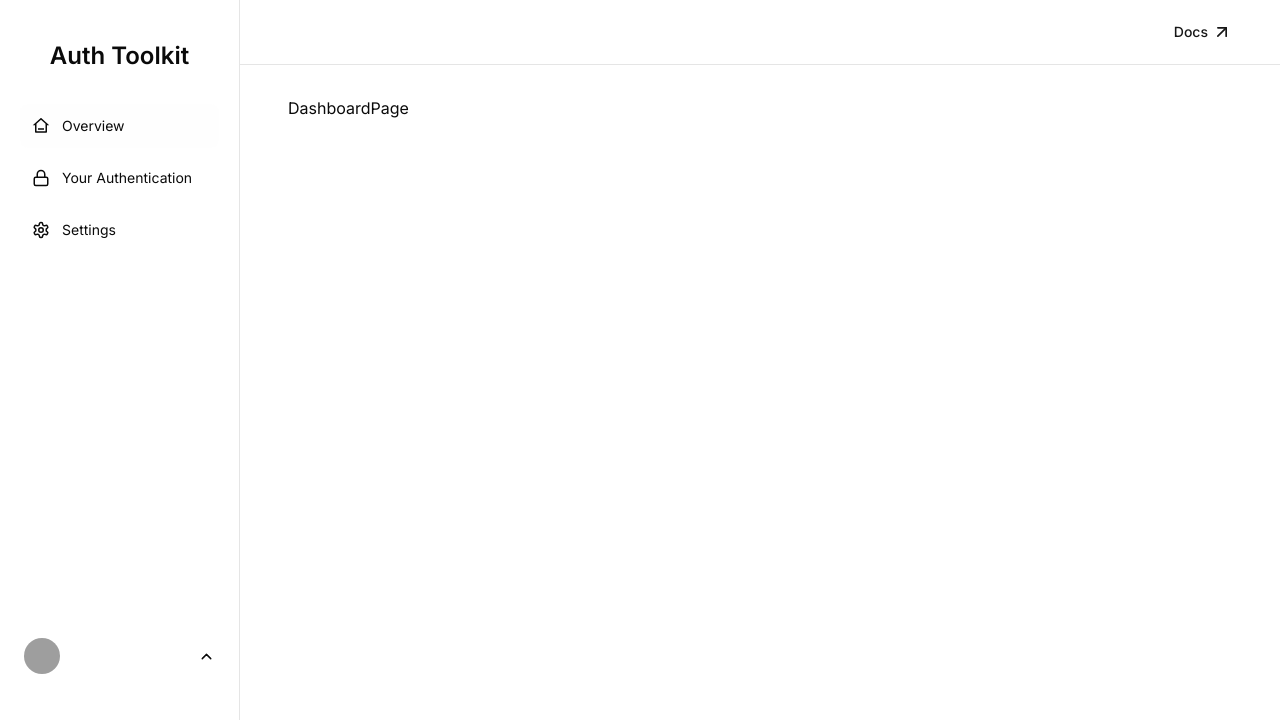
Repository: nickgoel31/authentication-toolkit
Page: /dashboard
An editor plug-in stored every save of this project. The page is shown before and after the next save, followed by the edit.
The browser window is 1280 px wide. The pictures show the whole page.
Pictures or frames that could not be fetched are drawn as grey boxes. The page's requests for data from a server got no answer. The project was rebuilt for these pictures with package versions that can differ from the ones it lists, and the page was loaded fresh each time. The framework's server and built-in components were replaced by stand-ins that run in the browser. No one was signed in, and anything a server would have sent is missing. Also part of the build but not shown: next.config.mjs.

Above is the page before, as saved 2024-02-05 20:31:58.

### app/layout.tsx
import type { Metadata } from "next";
import { Inter } from "next/font/google";
import "./globals.css";
import { ThemeProvider } from "@/providers/theme-provider";
import { ModeToggle } from "@/components/mode-toggle";

const inter = Inter({ subsets: ["latin"] });

export const metadata: Metadata = {
  title: "Authentication App",
  description: "Generated by create next app",
};

export default function RootLayout({
  children,
}: Readonly<{
  children: React.ReactNode;
}>) {
  return (
    <html lang="en">
      <body className={inter.className}>
      <ThemeProvider
        attribute="class"
        defaultTheme="system"
        enableSystem
        disableTransitionOnChange
        >
        <div className="relative h-full">
          {children}

        </div>

      </ThemeProvider>
      </body>
    </html>
  );
}

### app/(protected)/dashboard/layout.tsx
import React from 'react'
import Sidebar from '../_components/sidebar'
import Navbar from '../_components/navbar'
import {SessionProvider} from 'next-auth/react'
import { auth } from '@/auth'

const DashboardLayout = async ({children} : {children:React.ReactNode}) => {
  const session = await auth();

  return (
    <SessionProvider session={session}>
      <div className='mx-auto flex flex-col relative pl-72 pt-24'>
          <Sidebar />
          <Navbar />
          {children}
      </div>
    </SessionProvider>
  )
}

export default DashboardLayout

### app/(protected)/dashboard/page.tsx
import { auth, signOut } from '@/auth'
import { Button } from '@/components/ui/button'
import React from 'react'

const DashboardPage = async () => {

  const session = await auth()

  return (
    <div className='h-full'>
      DashboardPage
    </div>
  )
}

export default DashboardPage

### app/globals.css
@tailwind base;
@tailwind components;
@tailwind utilities;

html,body{
  height: 100%;
}

@layer base {
  :root {
    --background: 0 0% 100%;
    --foreground: 0 0% 3.9%;

    --card: 0 0% 100%;
    --card-foreground: 0 0% 3.9%;

    --popover: 0 0% 100%;
    --popover-foreground: 0 0% 3.9%;

    --primary: 0 0% 9%;
    --primary-foreground: 0 0% 98%;

    --secondary: 0 0% 96.1%;
    --secondary-foreground: 0 0% 9%;

    --muted: 0 0% 96.1%;
    --muted-foreground: 0 0% 45.1%;

    --accent: 0 0% 96.1%;
    --accent-foreground: 0 0% 9%;

    --destructive: 0 84.2% 60.2%;
    --destructive-foreground: 0 0% 98%;

    --border: 0 0% 89.8%;
    --input: 0 0% 89.8%;
    --ring: 0 0% 3.9%;

    --radius: 0.5rem;
  }

  .dark {
    --background: 0 0% 3.9%;
    --foreground: 0 0% 98%;

    --card: 0 0% 3.9%;
    --card-foreground: 0 0% 98%;

    --popover: 0 0% 3.9%;
    --popover-foreground: 0 0% 98%;

    --primary: 0 0% 98%;
    --primary-foreground: 0 0% 9%;

    --secondary: 0 0% 14.9%;
    --secondary-foreground: 0 0% 98%;

    --muted: 0 0% 14.9%;
    --muted-foreground: 0 0% 63.9%;

    --accent: 0 0% 14.9%;
    --accent-foreground: 0 0% 98%;

    --destructive: 0 62.8% 30.6%;
    --destructive-foreground: 0 0% 98%;

    --border: 0 0% 14.9%;
    --input: 0 0% 14.9%;
    --ring: 0 0% 83.1%;
  }
}

@layer base {
  * {
    @apply border-border;
  }
  body {
    @apply bg-background text-foreground;
  }
}

### app/(protected)/_components/sidebar.tsx
"use client"

import { Button } from '@/components/ui/button';
import { cn } from '@/lib/utils';
import { Home, HomeIcon, Lock, LucideHome, Settings } from 'lucide-react'
import { signOut, useSession } from 'next-auth/react';
import Link from 'next/link'
import { usePathname } from 'next/navigation';
import React from 'react'
import { RiHome3Line } from "react-icons/ri";
import UserButton from './user-button';

const sidebarLinks = [
    {
        icon: <RiHome3Line size={18}/>,
        name: "Overview",
        path: "/dashboard"
    },
    {
        icon: <Lock size={18}/>,
        name: "Your Authentication",
        path: "/dashboard/auth-app"
    },
    {
        icon: <Settings size={18}/>,
        name: "Settings",
        path: "/dashboard/settings"
    },
]


const Sidebar = () => {

    const path = usePathname()



  return (
    <div className='border-r bg-background z-[12] w-60 h-full fixed top-0 left-0 py-10 flex flex-col space-y-8 justify-between px-5'>
        <div className='flex flex-col space-y-8'>
            <h1 className='font-semibold text-2xl text-center'>Auth Toolkit</h1>

            <div className='flex flex-col gap-2'>
                {sidebarLinks.map((link) => (
                    <Link key={link.path} href={link.path} className={cn('flex gap-3 text-sm items-center hover:bg-neutral-100/10 p-3 rounded-lg', path === link.path ? "bg-neutral-100/10" : "")}>
                        {link.icon}
                        {link.name}
                    </Link>
                ))}
            </div>
        </div>

        <div className=''>
            <UserButton />
        </div>
    </div>
  )
}

export default Sidebar

### app/(protected)/_components/navbar.tsx
import { Button } from '@/components/ui/button'
import { ArrowUpRightIcon } from 'lucide-react'
import Link from 'next/link'
import React from 'react'

const Navbar = () => {
  return (
    <div className='border-b w-full fixed top-0 left-0 pl-60 z-[10] bg-background py-3 px-8 items-center flex justify-end'>
        <Button variant={"link"} className='group transition'>
            <Link href={"/docs"} className='flex gap-1 items-center font-medium'>
                Docs <ArrowUpRightIcon className='group-hover:translate-x-[2px] group-hover:-translate-y-[2px] transition'  size={20}/>
            </Link>
        </Button>
    </div>
  )
}

export default Navbar

### auth.ts
import NextAuth, { Session } from "next-auth"
import { PrismaAdapter } from "@auth/prisma-adapter"
import { PrismaClient } from "@prisma/client"
import authConfig from "./auth.config"
import { db } from "./lib/db"
import { JWT } from "next-auth/jwt"
import { getUserById } from "./helpers/auth-helper"

const prisma = new PrismaClient()

export const {
  handlers: {GET, POST},
  auth,
  signIn,
  signOut,
 } = NextAuth({

  pages: {
    signIn: "/sign-in",
    error: "/auth/error"
  },


  events:{
    async linkAccount({user}) {
      await db.user.update({
        where: {id: user.id},
        data: {emailVerified: new Date()}
      })
    }
  },


  callbacks:{

    async signIn({user, account}){

      if(account?.provider !== "credentials") return true;

      if(user.id){
        const existingUser = await getUserById(user.id);

        if(!existingUser || !existingUser.emailVerified){
          return false;
        }
      }

      return true;
    },

    async jwt({token}){
      if(!token.sub) return token;

      const existingUser = await getUserById(token.sub)

      if(!existingUser) return token;

      token.role = existingUser.role;
      token.userName = existingUser.userName;
      return token;
    },

    async session({token, session} : {session:Session, token?: JWT}){
      if (token) {
        if(session.user){
          session.user.id = token.sub;
        }

        if(token.role && session.user){
          session.user.role = token.role;
        }

        if(token.userName && session.user){
          session.user.userName = token.userName;
        }
      }
      return session;
    }
  },

  adapter: PrismaAdapter(db),
  session: { strategy: "jwt" },
  ...authConfig,
})

### app/(protected)/_components/user-button.tsx
import { signOut, useSession } from 'next-auth/react';
import React from 'react'

import {
    DropdownMenu,
    DropdownMenuContent,
    DropdownMenuItem,
    DropdownMenuLabel,
    DropdownMenuSeparator,
    DropdownMenuTrigger,
  } from "@/components/ui/dropdown-menu"

import { Avatar, AvatarFallback, AvatarImage } from "@/components/ui/avatar"
import { ChevronUp, User2Icon, UserIcon } from 'lucide-react';
import { Button } from '@/components/ui/button';



const UserButton = () => {
    const session = useSession()

    const onClick = () => {
        signOut();
    }

  return (
    <DropdownMenu>
        <DropdownMenuTrigger className='w-full rounded-md overflow-hidden'>
            <div className='flex items-center justify-between gap-3 hover:bg-neutral-500/10 w-full p-1'>
                <div className='flex items-center gap-2'>
                    <Avatar className='w-9 h-9'>
                        <AvatarImage src="https://github.com/shadcn3.png" />
                        <AvatarFallback>
                            <UserIcon size={18}/>
                        </AvatarFallback>
                    </Avatar>

                    <h2 className='text-xs'>{session.data?.user.userName}</h2>
                </div>
                <span className='text-xs'>
                    <ChevronUp size={17}/>
                </span>
            </div>

        </DropdownMenuTrigger>

        <DropdownMenuContent>
            <DropdownMenuLabel>{session.data?.user.userName}</DropdownMenuLabel>
            <DropdownMenuSeparator />
            <DropdownMenuItem onClick={onClick} className='text-destructive dark:text-red-500 w-full cursor-pointer hover:bg-destructive/20 flex items-center justify-center'>
                Log out
            </DropdownMenuItem>
        </DropdownMenuContent>
    </DropdownMenu>

  )
}

export default UserButton

### components/ui/button.tsx
import * as React from "react"
import { Slot } from "@radix-ui/react-slot"
import { cva, type VariantProps } from "class-variance-authority"

import { cn } from "@/lib/utils"

const buttonVariants = cva(
  "inline-flex items-center justify-center whitespace-nowrap rounded-md text-sm font-medium ring-offset-background transition-colors focus-visible:outline-none focus-visible:ring-2 focus-visible:ring-ring focus-visible:ring-offset-2 disabled:pointer-events-none disabled:opacity-50",
  {
    variants: {
      variant: {
        default: "bg-primary text-primary-foreground hover:bg-primary/90",
        destructive:
          "bg-destructive text-destructive-foreground hover:bg-destructive/90",
        outline:
          "border border-input bg-background hover:bg-accent hover:text-accent-foreground",
        secondary:
          "bg-secondary text-secondary-foreground hover:bg-secondary/80",
        ghost: "hover:bg-accent hover:text-accent-foreground",
        link: "text-primary underline-offset-4 hover:underline",
      },
      size: {
        default: "h-10 px-4 py-2",
        sm: "h-9 rounded-md px-3",
        lg: "h-11 rounded-md px-8",
        icon: "h-10 w-10",
      },
    },
    defaultVariants: {
      variant: "default",
      size: "default",
    },
  }
)

export interface ButtonProps
  extends React.ButtonHTMLAttributes<HTMLButtonElement>,
    VariantProps<typeof buttonVariants> {
  asChild?: boolean
}

const Button = React.forwardRef<HTMLButtonElement, ButtonProps>(
  ({ className, variant, size, asChild = false, ...props }, ref) => {
    const Comp = asChild ? Slot : "button"
    return (
      <Comp
        className={cn(buttonVariants({ variant, size, className }))}
        ref={ref}
        {...props}
      />
    )
  }
)
Button.displayName = "Button"

export { Button, buttonVariants }

### auth.config.ts
import Credentials from "next-auth/providers/credentials"
import Github from "next-auth/providers/github"

import type { NextAuthConfig } from "next-auth"
import { loginSchema } from "./schemas"
import { getUserByEmail } from "./helpers/auth-helper"
import bcryptjs from "bcryptjs"

export default {



  providers: [
    Credentials({
      async authorize(credentials) {
        const validatedFields = loginSchema.safeParse(credentials)

        if(validatedFields.success){
          const {email, password} = validatedFields.data

          const user = await getUserByEmail(email);

          if(!user || !user.password) return null;

          const passwordsMatch = await bcryptjs.compare(
            password,
            user.password
          )

          if(passwordsMatch) return user;
        }

        return null;
      }
    }),

    Github({
      clientId: process.env.GITHUB_CLIENT_ID,
      clientSecret: process.env.GITHUB_CLIENT_SECRET,
    })
  ],
} satisfies NextAuthConfig

### lib/db.ts
import { PrismaClient } from "@prisma/client";

declare global {
    var prisma: PrismaClient | undefined;
}

export const db = globalThis.prisma || new PrismaClient()
if (process.env.NODE_ENV !== 'production') globalThis.prisma = db

### helpers/auth-helper.ts
import { db } from "@/lib/db";

export const getUserByEmail = async (email: string) => {

    const user = await db.user.findUnique({
        where:{
            email
        }
    })

    return user;

}

export const getUserByUserName = async (userName: string) => {

    const user = await db.user.findUnique({
        where:{
            userName
        }
    })

    return user;

}

export const getUserById = async (id: string) => {

    const user = await db.user.findUnique({
        where:{
            id
        }
    })

    return user;

}

### components/ui/dropdown-menu.tsx
"use client"

import * as React from "react"
import * as DropdownMenuPrimitive from "@radix-ui/react-dropdown-menu"
import { Check, ChevronRight, Circle } from "lucide-react"

import { cn } from "@/lib/utils"

const DropdownMenu = DropdownMenuPrimitive.Root

const DropdownMenuTrigger = DropdownMenuPrimitive.Trigger

const DropdownMenuGroup = DropdownMenuPrimitive.Group

const DropdownMenuPortal = DropdownMenuPrimitive.Portal

const DropdownMenuSub = DropdownMenuPrimitive.Sub

const DropdownMenuRadioGroup = DropdownMenuPrimitive.RadioGroup

const DropdownMenuSubTrigger = React.forwardRef<
  React.ElementRef<typeof DropdownMenuPrimitive.SubTrigger>,
  React.ComponentPropsWithoutRef<typeof DropdownMenuPrimitive.SubTrigger> & {
    inset?: boolean
  }
>(({ className, inset, children, ...props }, ref) => (
  <DropdownMenuPrimitive.SubTrigger
    ref={ref}
    className={cn(
      "flex cursor-default select-none items-center rounded-sm px-2 py-1.5 text-sm outline-none focus:bg-accent data-[state=open]:bg-accent",
      inset && "pl-8",
      className
    )}
    {...props}
  >
    {children}
    <ChevronRight className="ml-auto h-4 w-4" />
  </DropdownMenuPrimitive.SubTrigger>
))
DropdownMenuSubTrigger.displayName =
  DropdownMenuPrimitive.SubTrigger.displayName

const DropdownMenuSubContent = React.forwardRef<
  React.ElementRef<typeof DropdownMenuPrimitive.SubContent>,
  React.ComponentPropsWithoutRef<typeof DropdownMenuPrimitive.SubContent>
>(({ className, ...props }, ref) => (
  <DropdownMenuPrimitive.SubContent
    ref={ref}
    className={cn(
      "z-50 min-w-[8rem] overflow-hidden rounded-md border bg-popover p-1 text-popover-foreground shadow-lg data-[state=open]:animate-in data-[state=closed]:animate-out data-[state=closed]:fade-out-0 data-[state=open]:fade-in-0 data-[state=closed]:zoom-out-95 data-[state=open]:zoom-in-95 data-[side=bottom]:slide-in-from-top-2 data-[side=left]:slide-in-from-right-2 data-[side=right]:slide-in-from-left-2 data-[side=top]:slide-in-from-bottom-2",
      className
    )}
    {...props}
  />
))
DropdownMenuSubContent.displayName =
  DropdownMenuPrimitive.SubContent.displayName

const DropdownMenuContent = React.forwardRef<
  React.ElementRef<typeof DropdownMenuPrimitive.Content>,
  React.ComponentPropsWithoutRef<typeof DropdownMenuPrimitive.Content>
>(({ className, sideOffset = 4, ...props }, ref) => (
  <DropdownMenuPrimitive.Portal>
    <DropdownMenuPrimitive.Content
      ref={ref}
      sideOffset={sideOffset}
      className={cn(
        "z-50 min-w-[8rem] overflow-hidden rounded-md border bg-popover p-1 text-popover-foreground shadow-md data-[state=open]:animate-in data-[state=closed]:animate-out data-[state=closed]:fade-out-0 data-[state=open]:fade-in-0 data-[state=closed]:zoom-out-95 data-[state=open]:zoom-in-95 data-[side=bottom]:slide-in-from-top-2 data-[side=left]:slide-in-from-right-2 data-[side=right]:slide-in-from-left-2 data-[side=top]:slide-in-from-bottom-2",
        className
      )}
      {...props}
    />
  </DropdownMenuPrimitive.Portal>
))
DropdownMenuContent.displayName = DropdownMenuPrimitive.Content.displayName

const DropdownMenuItem = React.forwardRef<
  React.ElementRef<typeof DropdownMenuPrimitive.Item>,
  React.ComponentPropsWithoutRef<typeof DropdownMenuPrimitive.Item> & {
    inset?: boolean
  }
>(({ className, inset, ...props }, ref) => (
  <DropdownMenuPrimitive.Item
    ref={ref}
    className={cn(
      "relative flex cursor-default select-none items-center rounded-sm px-2 py-1.5 text-sm outline-none transition-colors focus:bg-accent focus:text-accent-foreground data-[disabled]:pointer-events-none data-[disabled]:opacity-50",
      inset && "pl-8",
      className
    )}
    {...props}
  />
))
DropdownMenuItem.displayName = DropdownMenuPrimitive.Item.displayName

const DropdownMenuCheckboxItem = React.forwardRef<
  React.ElementRef<typeof DropdownMenuPrimitive.CheckboxItem>,
  React.ComponentPropsWithoutRef<typeof DropdownMenuPrimitive.CheckboxItem>
>(({ className, children, checked, ...props }, ref) => (
  <DropdownMenuPrimitive.CheckboxItem
    ref={ref}
    className={cn(
      "relative flex cursor-default select-none items-center rounded-sm py-1.5 pl-8 pr-2 text-sm outline-none transition-colors focus:bg-accent focus:text-accent-foreground data-[disabled]:pointer-events-none data-[disabled]:opacity-50",
      className
    )}
    checked={checked}
    {...props}
  >
    <span className="absolute left-2 flex h-3.5 w-3.5 items-center justify-center">
      <DropdownMenuPrimitive.ItemIndicator>
        <Check className="h-4 w-4" />
      </DropdownMenuPrimitive.ItemIndicator>
    </span>
    {children}
  </DropdownMenuPrimitive.CheckboxItem>
))
DropdownMenuCheckboxItem.displayName =
  DropdownMenuPrimitive.CheckboxItem.displayName

const DropdownMenuRadioItem = React.forwardRef<
  React.ElementRef<typeof DropdownMenuPrimitive.RadioItem>,
  React.ComponentPropsWithoutRef<typeof DropdownMenuPrimitive.RadioItem>
>(({ className, children, ...props }, ref) => (
  <DropdownMenuPrimitive.RadioItem
    ref={ref}
    className={cn(
      "relative flex cursor-default select-none items-center rounded-sm py-1.5 pl-8 pr-2 text-sm outline-none transition-colors focus:bg-accent focus:text-accent-foreground data-[disabled]:pointer-events-none data-[disabled]:opacity-50",
      className
    )}
    {...props}
  >
    <span className="absolute left-2 flex h-3.5 w-3.5 items-center justify-center">
      <DropdownMenuPrimitive.ItemIndicator>
        <Circle className="h-2 w-2 fill-current" />
      </DropdownMenuPrimitive.ItemIndicator>
    </span>
    {children}
  </DropdownMenuPrimitive.RadioItem>
))
DropdownMenuRadioItem.displayName = DropdownMenuPrimitive.RadioItem.displayName

const DropdownMenuLabel = React.forwardRef<
  React.ElementRef<typeof DropdownMenuPrimitive.Label>,
  React.ComponentPropsWithoutRef<typeof DropdownMenuPrimitive.Label> & {
    inset?: boolean
  }
>(({ className, inset, ...props }, ref) => (
  <DropdownMenuPrimitive.Label
    ref={ref}
    className={cn(
      "px-2 py-1.5 text-sm font-semibold",
      inset && "pl-8",
      className
    )}
    {...props}
  />
))
DropdownMenuLabel.displayName = DropdownMenuPrimitive.Label.displayName

const DropdownMenuSeparator = React.forwardRef<
  React.ElementRef<typeof DropdownMenuPrimitive.Separator>,
  React.ComponentPropsWithoutRef<typeof DropdownMenuPrimitive.Separator>
>(({ className, ...props }, ref) => (
  <DropdownMenuPrimitive.Separator
    ref={ref}
    className={cn("-mx-1 my-1 h-px bg-muted", className)}
    {...props}
  />
))
DropdownMenuSeparator.displayName = DropdownMenuPrimitive.Separator.displayName

const DropdownMenuShortcut = ({
  className,
  ...props
}: React.HTMLAttributes<HTMLSpanElement>) => {
  return (
    <span
      className={cn("ml-auto text-xs tracking-widest opacity-60", className)}
      {...props}
    />
  )
}
DropdownMenuShortcut.displayName = "DropdownMenuShortcut"

export {
  DropdownMenu,
  DropdownMenuTrigger,
  DropdownMenuContent,
  DropdownMenuItem,
  DropdownMenuCheckboxItem,
  DropdownMenuRadioItem,
  DropdownMenuLabel,
  DropdownMenuSeparator,
  DropdownMenuShortcut,
  DropdownMenuGroup,
  DropdownMenuPortal,
  DropdownMenuSub,
  DropdownMenuSubContent,
  DropdownMenuSubTrigger,
  DropdownMenuRadioGroup,
}

### components/ui/avatar.tsx
"use client"

import * as React from "react"
import * as AvatarPrimitive from "@radix-ui/react-avatar"

import { cn } from "@/lib/utils"

const Avatar = React.forwardRef<
  React.ElementRef<typeof AvatarPrimitive.Root>,
  React.ComponentPropsWithoutRef<typeof AvatarPrimitive.Root>
>(({ className, ...props }, ref) => (
  <AvatarPrimitive.Root
    ref={ref}
    className={cn(
      "relative flex h-10 w-10 shrink-0 overflow-hidden rounded-full",
      className
    )}
    {...props}
  />
))
Avatar.displayName = AvatarPrimitive.Root.displayName

const AvatarImage = React.forwardRef<
  React.ElementRef<typeof AvatarPrimitive.Image>,
  React.ComponentPropsWithoutRef<typeof AvatarPrimitive.Image>
>(({ className, ...props }, ref) => (
  <AvatarPrimitive.Image
    ref={ref}
    className={cn("aspect-square h-full w-full", className)}
    {...props}
  />
))
AvatarImage.displayName = AvatarPrimitive.Image.displayName

const AvatarFallback = React.forwardRef<
  React.ElementRef<typeof AvatarPrimitive.Fallback>,
  React.ComponentPropsWithoutRef<typeof AvatarPrimitive.Fallback>
>(({ className, ...props }, ref) => (
  <AvatarPrimitive.Fallback
    ref={ref}
    className={cn(
      "flex h-full w-full items-center justify-center rounded-full bg-muted",
      className
    )}
    {...props}
  />
))
AvatarFallback.displayName = AvatarPrimitive.Fallback.displayName

export { Avatar, AvatarImage, AvatarFallback }

### schemas/index.ts
import {z} from "zod"

export const loginSchema = z.object({
    email: z.string().email(),
    password: z.string().min(1, {
        message: "Password must not be empty"
    })
})

export const registerSchema = z.object({
    userName:  z.string().min(4,{message: "Username cannot be blank"}),
    email: z.string().email(),
    password: z.string().min(5, {
        message: "Password must contain at least 5 characters"
    }).includes("@",{
        message: "Password should contain @ symbol"
    })
})

Loaded but not shown: providers/theme-provider.tsx (common file); lib/utils.ts (common file); tailwind.config.ts (common file)

After the next save:
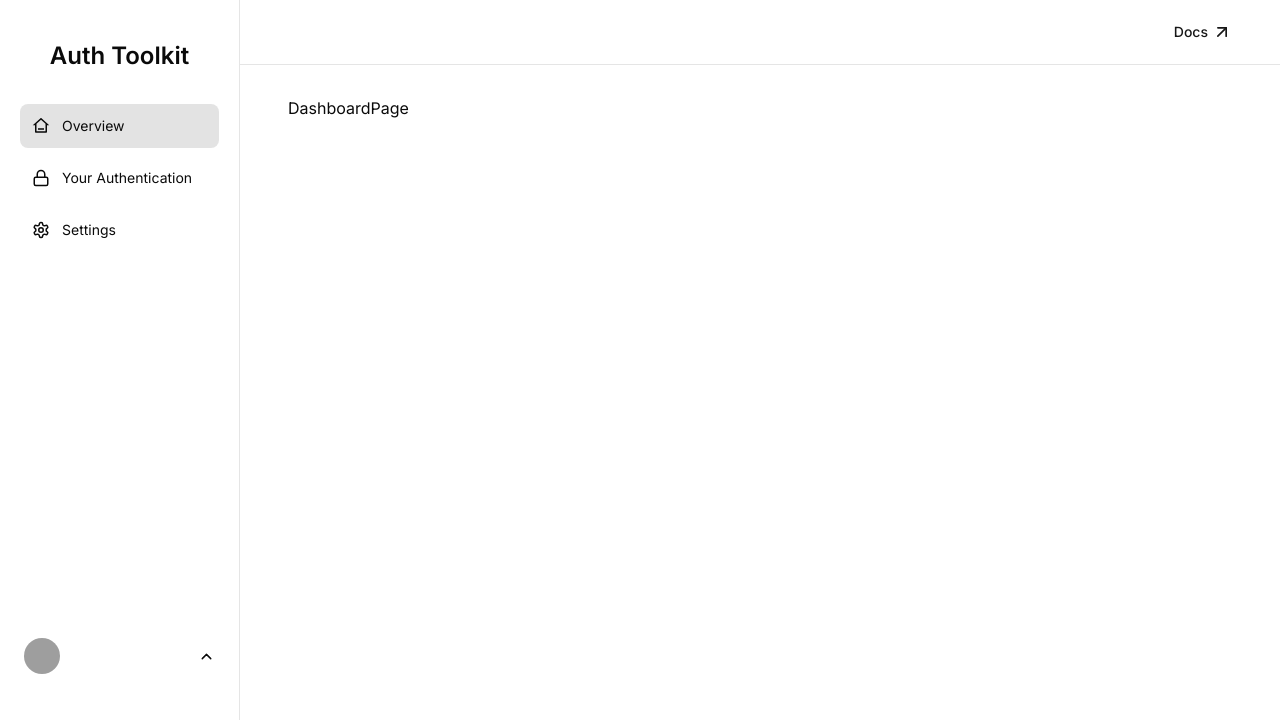
Saved 63 s later.
--- a/app/(protected)/_components/sidebar.tsx
+++ b/app/(protected)/_components/sidebar.tsx
@@ -42,7 +42,7 @@ const Sidebar = () => {
 
             <div className='flex flex-col gap-2'>
                 {sidebarLinks.map((link) => (
-                    <Link key={link.path} href={link.path} className={cn('flex gap-3 text-sm items-center hover:bg-neutral-100/10 p-3 rounded-lg', path === link.path ? "bg-neutral-100/10" : "")}>
+                    <Link key={link.path} href={link.path} className={cn('flex gap-3 text-sm items-center hover:bg-neutral-100/10 p-3 rounded-lg', path === link.path ? "bg-neutral-500/20 dark:bg-neutral-100/10" : "")}>
                         {link.icon}
                         {link.name}
                     </Link>
